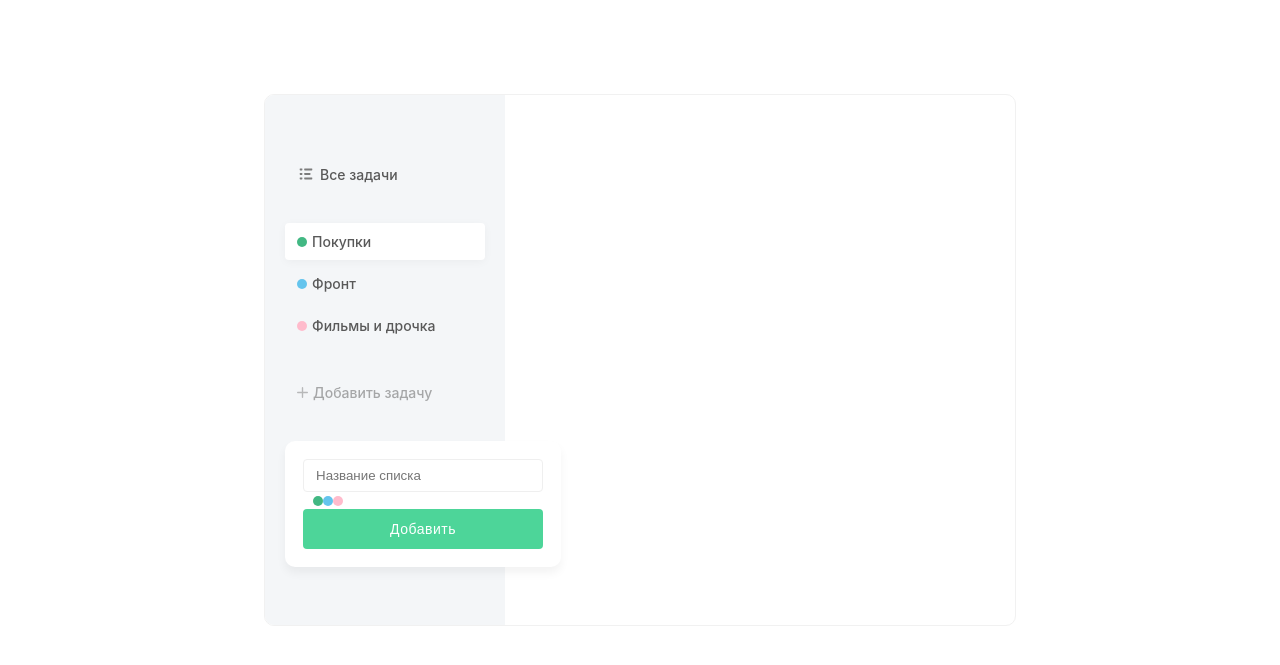
Repository: AzimAzimov/Todo
Page: /
The author's editor kept a copy of each file at every save. The page is drawn from the files as they stood at one save, then again after a run of saves.
The browser window is 1280 px wide. The pictures show the whole page.
The project was rebuilt for these pictures with package versions that can differ from the ones it lists, and the page was loaded fresh each time.

Above is the page before, as saved 2023-02-19 15:34:20.

After the next 4 saves:
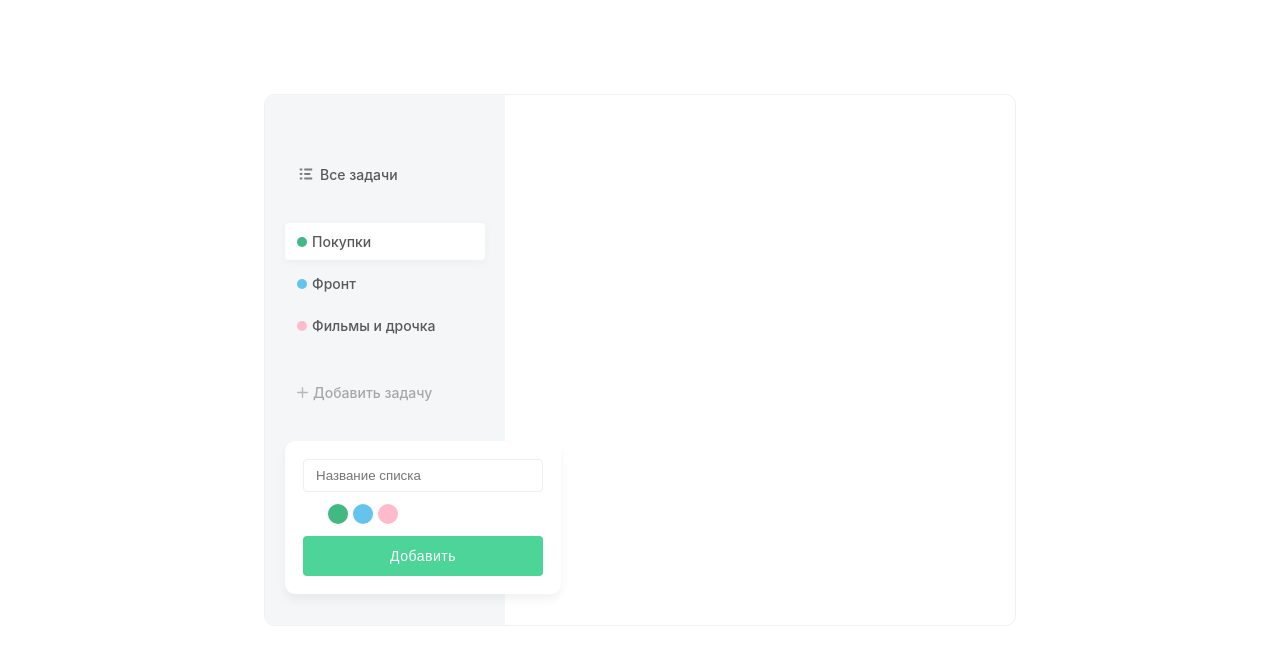
The 4 saves are shown as one change because they came seconds apart.
The last was saved 102 s later.
--- a/src/components/addButtonList/AddListButton.scss
+++ b/src/components/addButtonList/AddListButton.scss
@@ -6,17 +6,16 @@
     border-radius: 10px;
     padding: 18px;
     &__colors {
-      ul {
-        display: flex;
+      display: flex;
         gap: 5px;
         margin: 12px 0;
+
         .badge {
           width: 20px;
           height: 20px;
           border-radius: 50%;
           position: static;
         }
-      }
     }
   }
 
